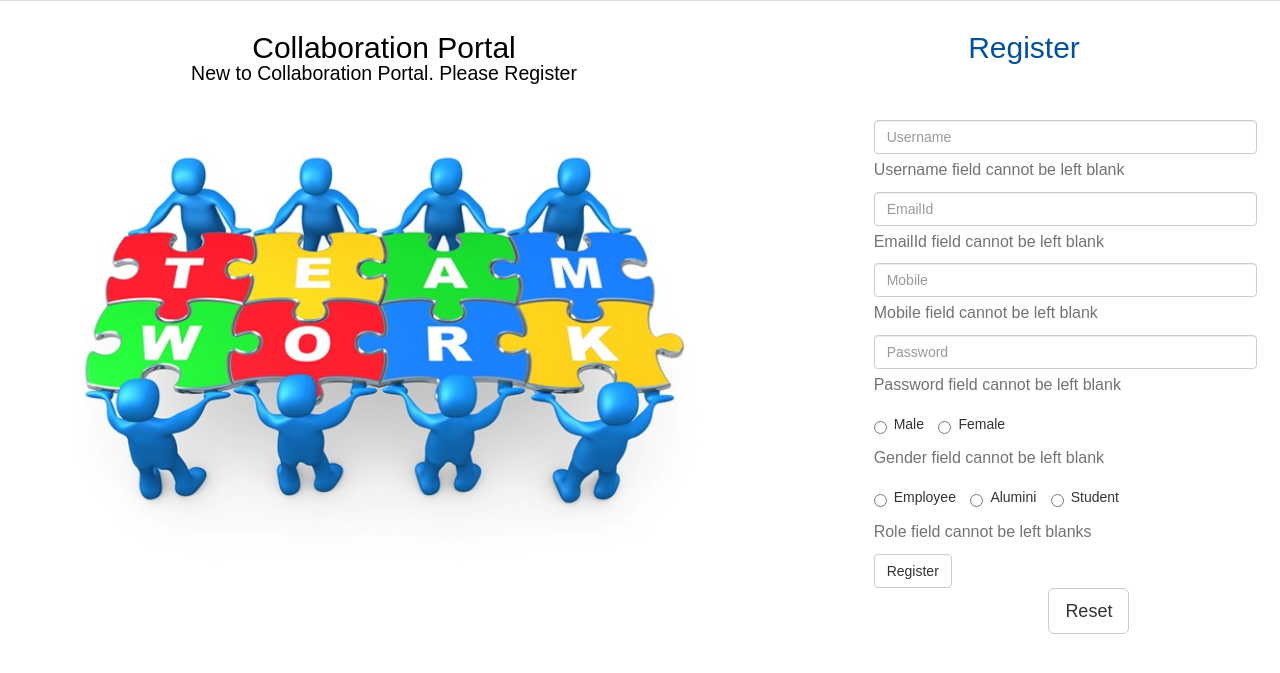
Repository: KaustubhKamat/CollaborationPlatform
Page: CollaborationFrontEnd/WebContent/c_user/Register.html
These files come from the project's save history. The page is drawn as it stood at one moment and after a run of saves; the edit follows.
The browser window is 1280 px wide. The pictures show the whole page.
Some web libraries are served in a nearby version.

Above is the page before, as saved 2017-03-03 11:06:34.

After the next 2 saves:
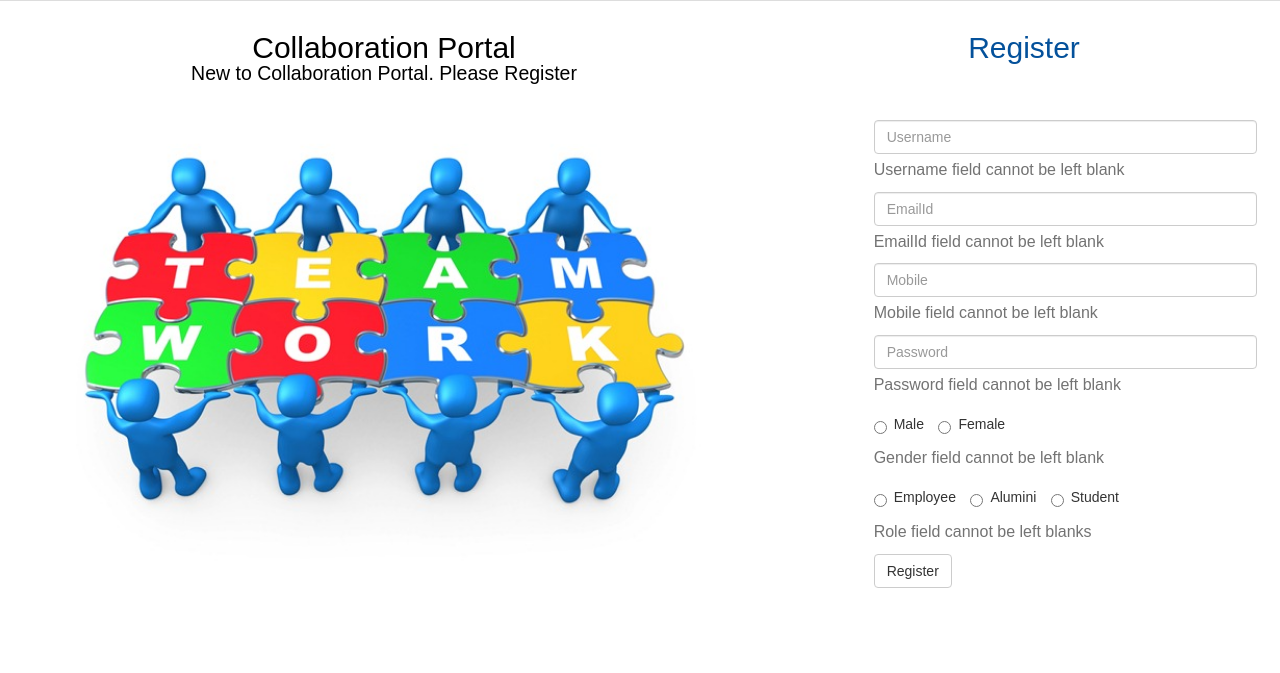
The 2 saves are shown as one change because they came seconds apart.
The last was saved 15 s later.
--- a/CollaborationFrontEnd/WebContent/c_user/Register.html
+++ b/CollaborationFrontEnd/WebContent/c_user/Register.html
@@ -124,11 +124,7 @@ h2 {
 					value="${_csrf.token}">
 				<button type="submit" class="btn btn-default">Register</button>
 
-		<div class="form-group">
-    <div class="col-sm-offset-5 col-sm-5">
-      <button type="submit" ng-click="ctrl.reset()" class="btn btn-default btn-lg">Reset</button>
-</div>
-			</div>
+
 		</div>
 
 		</div>
